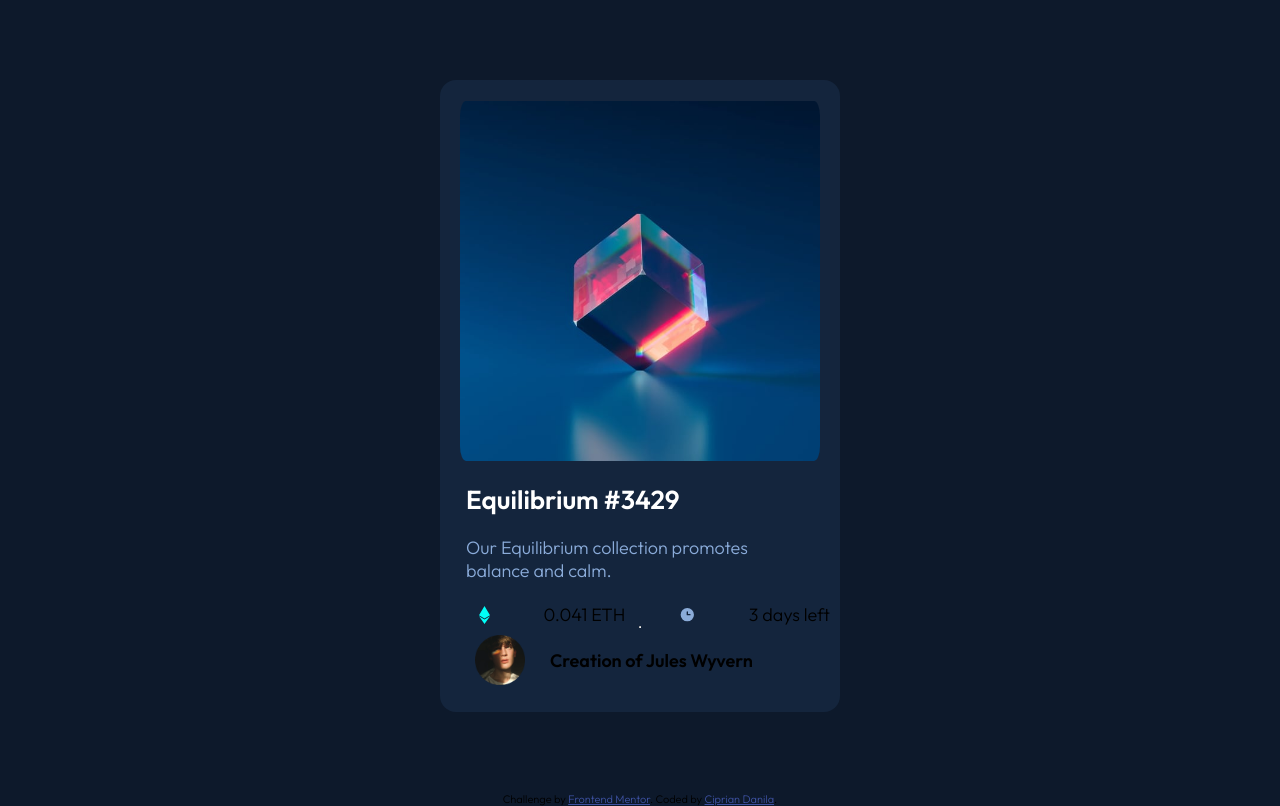
Repository: cipdanila/NFT-preview-card-component
Page: index.html
An editor plug-in stored every save of this project. The page is shown before and after the next save, followed by the edit.
The browser window is 1280 px wide. The pictures show the whole page.

Above is the page before, as saved 2024-01-26 21:12:30.

### index.html
<!DOCTYPE html>
<html lang="en">
    <head>
        <meta charset="UTF-8" />
        <meta name="viewport" content="width=device-width, initial-scale=1.0" />
        <!-- displays site properly based on user's device -->

        <link rel="icon" type="image/png" sizes="32x32" href="./images/favicon-32x32.png" />
        <link rel="stylesheet" href="style.css" />
        <title>Frontend Mentor | NFT preview card component</title>
    </head>
    <body>
        <main>
            <div class="container">
                <div class="image">
                    <img src="/images/image-equilibrium.jpg" alt="cube-equilibrium" />
                </div>
                <div class="details">
                  <div class="info">
                    <h1>Equilibrium #3429</h1>
                    <p>Our Equilibrium collection promotes balance and calm.</p>
                  </div>
                  <div class="time">
                      <img src="/images/icon-ethereum.svg" alt="ethereum" />
                      <p class="ethereum">0.041 ETH</p>
                      <img src="/images/icon-clock.svg" alt="clock" />
                      <p class="clock">3 days left</p>
                  </div>
                </div>
                <hr />
                <div class="owner">
                    <img src="/images/image-avatar.png" alt="avatar" />
                    <p>Creation of <span>Jules Wyvern</span></p>
                </div>
            </div>
        </main>

        <footer>
            <div class="attribution">
                Challenge by
                <a
                    href="https://www.frontendmentor.io/challenges/nft-preview-card-component-SbdUL_w0U"
                    target="_blank"
                    rel="noopener noreferer"
                    >Frontend Mentor</a
                >. Coded by <a href="https://github.com/cipdanila" target="_blank" rel="noopener noreferer">Ciprian Danila</a>.
            </div>
        </footer>
    </body>
</html>

### style.css
@import url("https://fonts.googleapis.com/css2?family=Outfit:wght@300;400;600&display=swap");

:root {
    /* Colors */
    /* Primary */
    --soft-blue: hsl(215, 51%, 70%); /* paragraph */
    --cyan: hsl(178, 100%, 50%); /* active states */
    /* Neutrals */
    --very-dark-blue-main: hsl(217, 54%, 11%); /* main background */
    --very-dark-blue-card: hsl(216, 50%, 16%); /* card background */
    --very-dark-blue-line: hsl(215, 32%, 27%); /* hr line */
    --white: hsl(0, 0%, 100%); /* title */
}

* {
    margin: 0;
    padding: 0;
    box-sizing: border-box;
}

body {
    display: flex;
    flex-direction: column;
    font-family: "Outfit", sans-serif;
    font-size: 18px;
    font-weight: 300;
    background-color: var(--very-dark-blue-main);
}

.container {
    max-width: 400px;
    margin: 5rem auto;
    padding: 1.25rem 0.625rem;
    border-radius: 1rem;
    display: flex;
    flex-direction: column;
    justify-content: center;
    align-items: center;
    background-color: var(--very-dark-blue-card);
}

.container img {
    width: 100%;
    padding: 1px 10px;
    border-radius: 1rem;
    display: flex;
    flex-direction: column;
    justify-content: center;
    align-items: center;
}

.details {
    display: flex;
    flex-direction: column;
    align-self: start;
}

.info {
    width: fit-content;
    margin: 1rem;
    padding: 5px 0;
    font-weight: 800;
}

.info h1 {
    color: var(--white);
    font-weight: 600;
    padding-bottom: 10px;
    margin-bottom: 10px;
    font-size: 26px;
}

.info p {
    color: var(--soft-blue);
    font-weight: 300;
}

.time {
    width: 100%;
    display: flex;
    align-items: center;
    gap: 1.5rem;
    margin: auto;
}

.time img {
    display: flex;
    flex-direction: column;
    align-items: flex-start;
    margin: 0 auto;
    padding: 0;
    width: fit-content;
}

.owner {
    width: auto;
    display: flex;
    align-items: center;
    margin: 5px;
    padding: 1px 10px;
}

.owner img {
    width: 20%;
}

.owner p {
    display: inline-block;
    margin: 5px;
    padding: 1px 10px;
    font-weight: 800;
}

.attribution {
    font-size: 11px;
    text-align: center;
}
.attribution a {
    color: hsl(228, 45%, 44%);
}

After the next save:
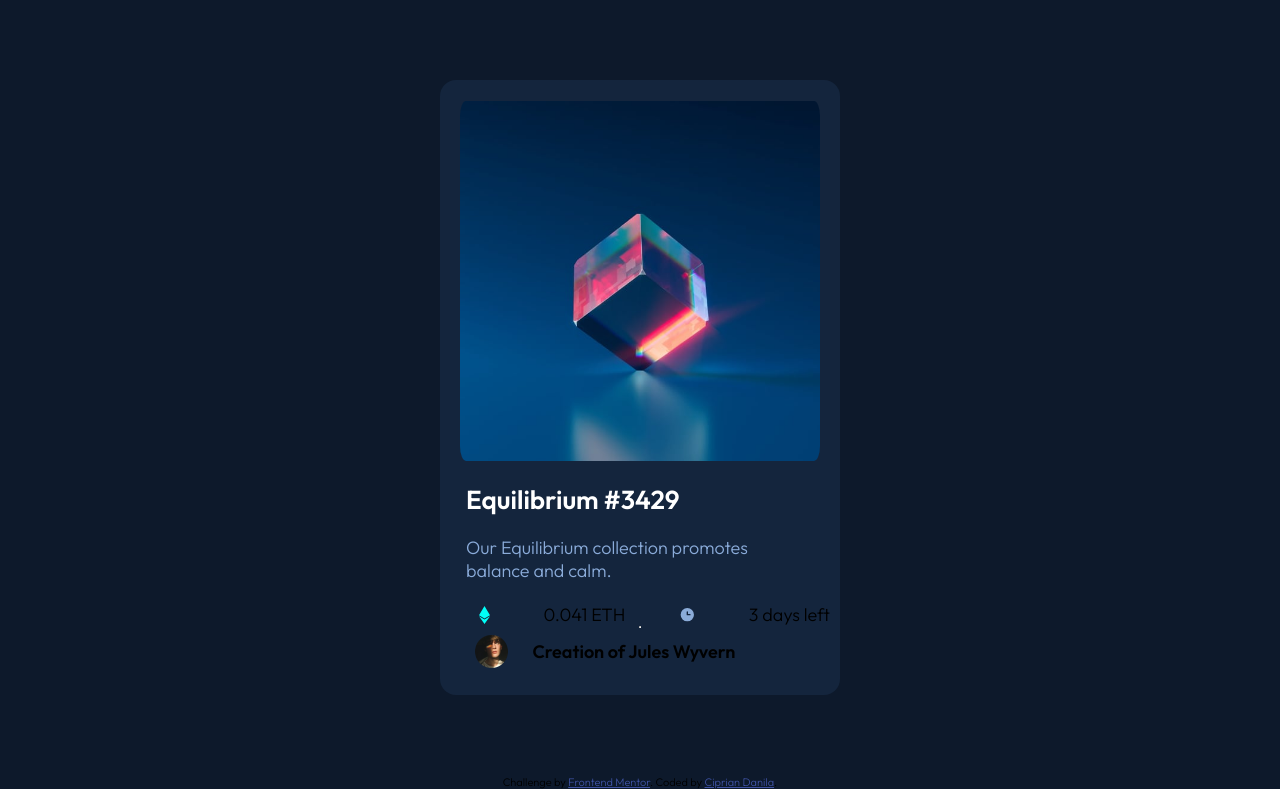
Saved 10 s later.
--- a/style.css
+++ b/style.css
@@ -101,7 +101,7 @@
 }
 
 .owner img {
-    width: 20%;
+    width: 15%;
 }
 
 .owner p {
